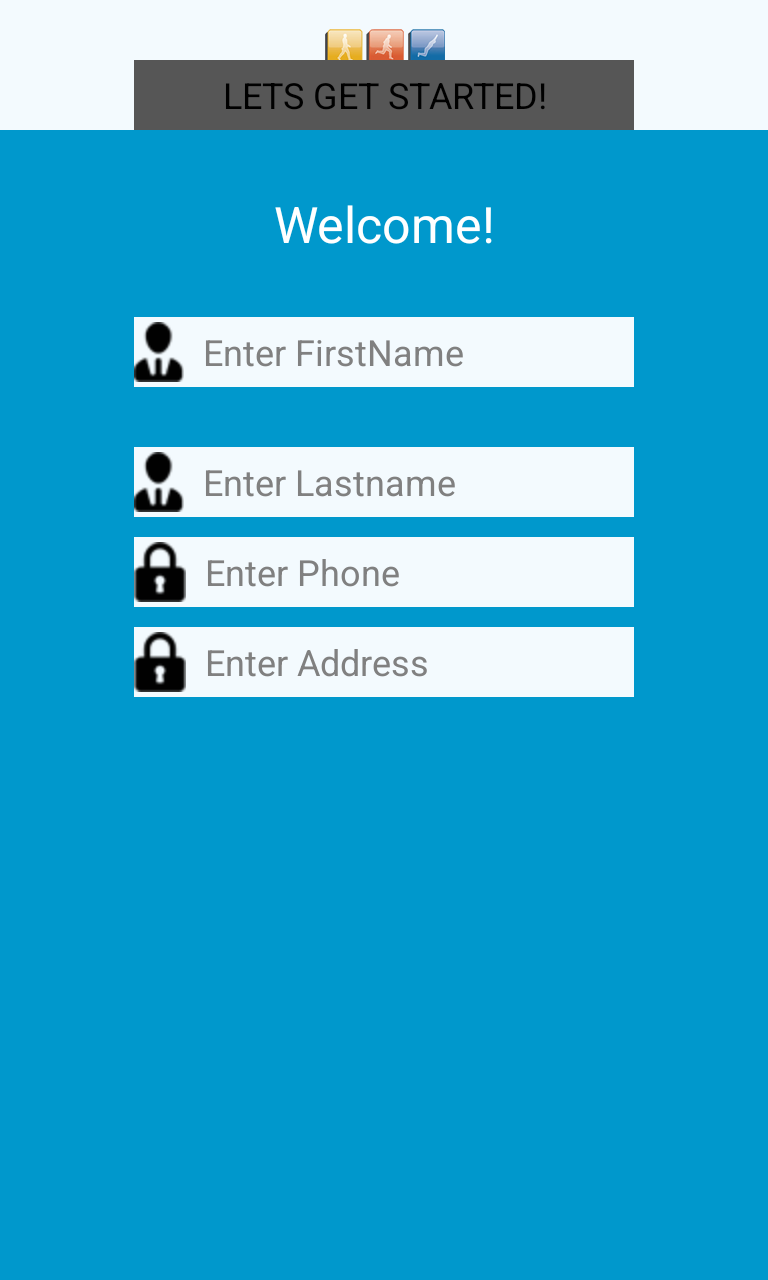
Repository: nanoweb12/GoodFeetAppNew
Layout: GoodFeetapp/res/layout/lookup_crm.xml
An editor plug-in stored every save of this project. The layout is shown before and after the next save, followed by the edit.
It is drawn on a 768 x 1280 px phone screen (xhdpi) without system bars, with theme MyTheme; the app's code is not run.

Above is the layout before, as saved 2015-02-20 05:39:00.

### GoodFeetapp/res/layout/lookup_crm.xml
<?xml version="1.0" encoding="utf-8"?>
<RelativeLayout xmlns:android="http://schemas.android.com/apk/res/android"
    android:layout_width="match_parent"
    android:layout_height="match_parent"
    android:orientation="vertical"
     android:background="#0098cc">


       <LinearLayout
        android:id="@+id/appicon"
        android:layout_width="match_parent"
        android:layout_height="65dp"
        android:background="#f3fafe"
        android:gravity="center"
        android:orientation="horizontal" >

        <ImageView
            android:layout_width="wrap_content"
            android:layout_marginTop="9dp"
            android:layout_marginBottom="9dp"
            android:layout_height="wrap_content"
            android:layout_gravity="center"
            android:scaleType="fitCenter"
            android:src="@drawable/logo3" />
    </LinearLayout>

      <TextView
        android:id="@+id/txt_welcomel"
        android:layout_width="fill_parent"
        android:layout_height="wrap_content"
        android:layout_below="@+id/appicon"
        android:layout_marginTop="30dp"
        android:gravity="center_horizontal"
        android:text="Welcome!"
        android:textColor="#ffffff"
        android:textSize="25sp" />

    <EditText
        android:id="@+id/edt_Fname"
        android:layout_width="250dp"
        android:layout_height="35dp"
        android:layout_below="@+id/txt_welcomel"
        android:layout_centerInParent="true"
        android:layout_marginTop="30dp"
        android:background="#f3fafe"
        android:drawableLeft="@drawable/men"
        android:drawablePadding="5dp"
        android:editable="true"
        android:hint=" Enter FirstName" />

    <EditText
        android:id="@+id/edt_Lname"
        android:layout_width="250dp"
        android:layout_height="35dp"
        android:layout_below="@+id/edt_Fname"
        android:layout_centerHorizontal="true"
        android:layout_marginTop="30dp"
        android:background="#f3fafe"
        android:drawableLeft="@drawable/men"
        android:drawablePadding="5dp"
        android:editable="true"
        android:hint=" Enter Lastname" />

      <EditText
        android:id="@+id/edt_email"
        android:layout_width="250dp"
        android:layout_height="35dp"
        android:layout_below="@+id/edt_Lname"
        android:layout_centerHorizontal="true"
        android:layout_marginTop="10dp"
        android:background="#f3fafe"
        android:drawableLeft="@drawable/lock"
        android:drawablePadding="5dp"
        android:editable="true"
        android:hint=" Enter Email" />



        <EditText
        android:id="@+id/edt_phone"
        android:layout_width="250dp"
        android:layout_height="35dp"
        android:layout_below="@+id/edt_Lname"
        android:layout_centerHorizontal="true"
        android:layout_marginTop="10dp"
        android:background="#f3fafe"
        android:drawableLeft="@drawable/lock"
        android:drawablePadding="5dp"
        android:editable="true"
        android:hint=" Enter Phone" />




        <EditText
        android:id="@+id/edt_address"
        android:layout_width="250dp"
        android:layout_height="35dp"
        android:layout_below="@+id/edt_phone"
        android:layout_centerHorizontal="true"
        android:layout_marginTop="10dp"
        android:background="#f3fafe"
        android:drawableLeft="@drawable/lock"
        android:drawablePadding="5dp"
        android:editable="true"
        android:hint=" Enter Address" />


    <Button
        android:id="@+id/btn_getstart"
        android:layout_width="250dp"
        android:layout_height="35dp"
        android:layout_below="@+id/email"
        android:layout_centerHorizontal="true"
        android:layout_marginTop="30dp"
        android:background="#565656"
        android:gravity="center"
        android:text="LETS GET STARTED!" />




</RelativeLayout>

### GoodFeetapp/res/values-v11/styles.xml
<resources>
    <style name="MyTheme" parent="@android:style/Theme.Holo.Light">

    </style>

    <style name="MyActionBar" parent="@android:style/Widget.Holo.Light.ActionBar">
    <item name="android:actionBarSize">70dip</item>
         <item name="android:background">#D3D3D3</item>
    </style>
</resources>

### GoodFeetapp/res/values-v14/styles.xml
<!-- <resources>
    the theme applied to the application or activity
    <style name="CustomActionBarTheme"
           parent="@android:style/Theme.Holo.Light.DarkActionBar">

    </style>

    ActionBar styles
    <style name="MyActionBar"
           parent="@android:style/Widget.Holo.Light.ActionBar.Solid.Inverse">
       <item name="android:actionBarSize">70dip</item>
         <item name="android:background">#D3D3D3</item>

    </style>
</resources> -->

<resources>
    <style name="MyTheme" parent="@android:style/Theme.Holo.Light">

    </style>

    <style name="MyActionBar" parent="@android:style/Widget.Holo.Light.ActionBar">
    <item name="android:actionBarSize">100dip</item>
         <item name="android:background">#D3D3D3</item>
    </style>
</resources>

### GoodFeetapp/res/values/styles.xml
<resources>
    <style name="MyTheme" parent="@android:style/Theme.Holo.Light">

    </style>

    <style name="MyActionBar" parent="@android:style/Widget.Holo.Light.ActionBar">
    <item name="android:actionBarSize">70dip</item>
         <item name="android:background">#D3D3D3</item>
    </style>
</resources>

After the next save:
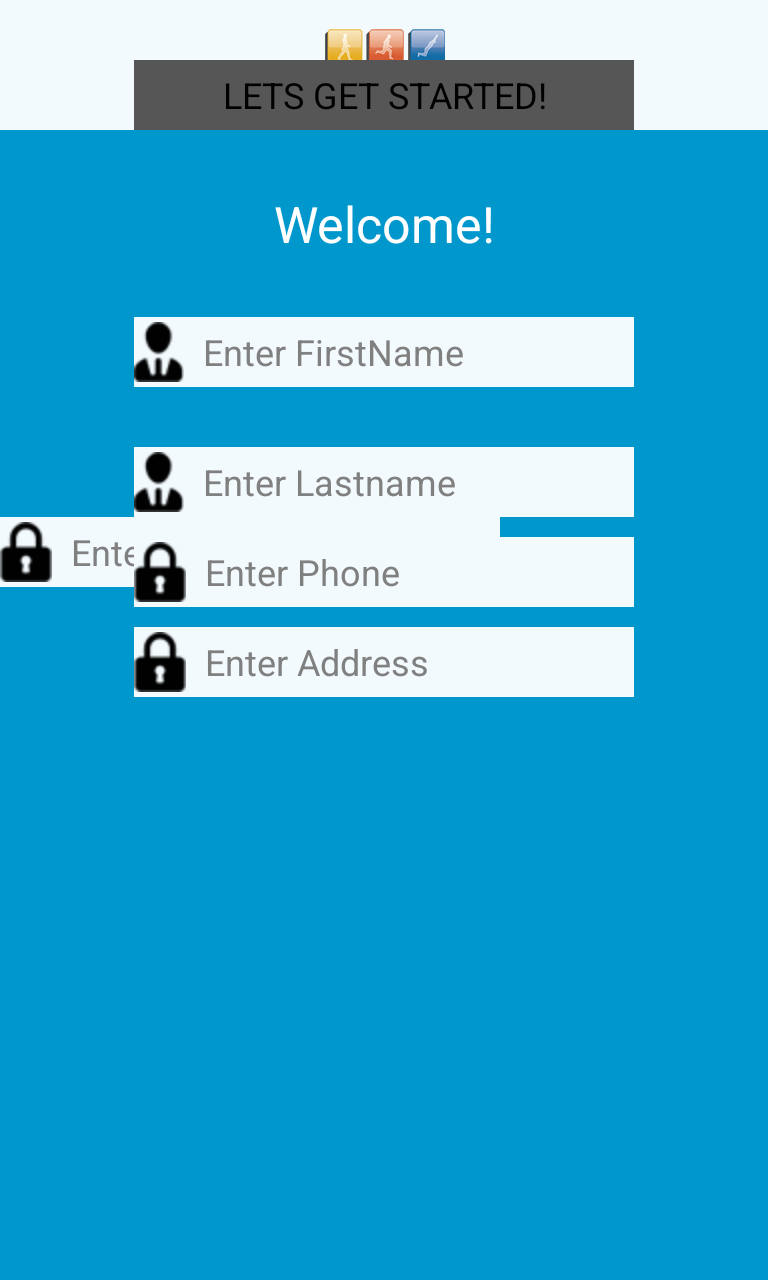
Saved 92 s later.
--- a/GoodFeetapp/res/layout/lookup_crm.xml
+++ b/GoodFeetapp/res/layout/lookup_crm.xml
@@ -66,8 +66,8 @@
         android:layout_width="250dp"
         android:layout_height="35dp"
         android:layout_below="@+id/edt_Lname"
-        android:layout_centerHorizontal="true"
-        android:layout_marginTop="10dp"
+
+
         android:background="#f3fafe"
         android:drawableLeft="@drawable/lock"
         android:drawablePadding="5dp"
